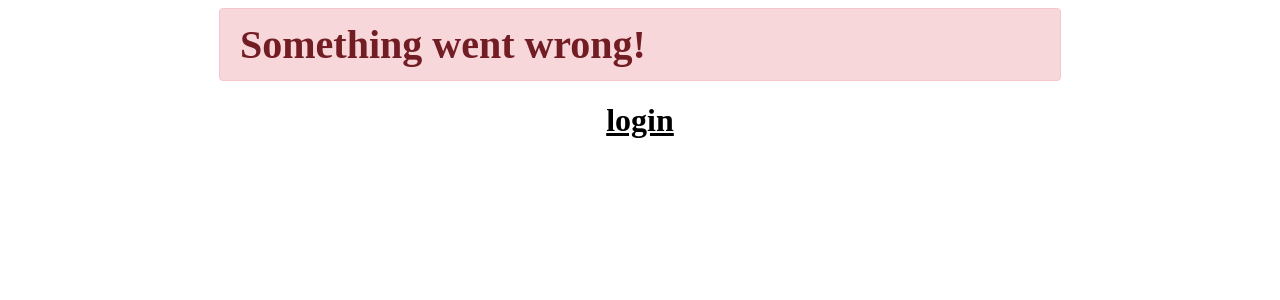
Repository: SavalaramRedkar/SupermarketManagementSystem-Java
Page: http://localhost/Supermarket_Management_System/error.jsp
An editor plug-in stored every save of this project. The page is shown before and after the next save, followed by the edit.
The browser window is 1280 px wide. The pictures show the whole page.
The page is served by Tomcat 9.

Above is the page before, as saved 2021-03-14 15:15:53.

After the next save:
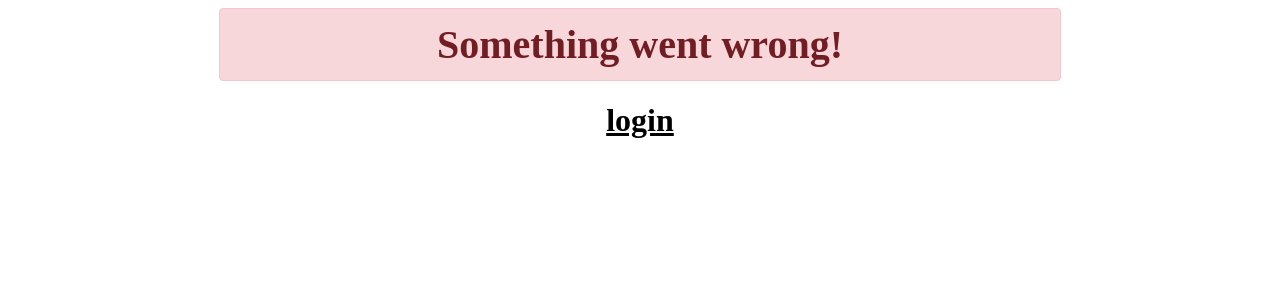
Saved 9 s later.
--- a/Supermarket Management System/WebContent/error.jsp
+++ b/Supermarket Management System/WebContent/error.jsp
@@ -36,7 +36,7 @@ a {
 <title>Error</title>
 </head>
 <body>
-	<h6 style="font-size: 40px;" class="alert alert-danger">Something went wrong!</h6>
+	<h1 style="font-size: 40px;" class="alert alert-danger">Something went wrong!</h1>
 	<h1>
 		<a href="login.jsp">login</a>
 	</h1>
